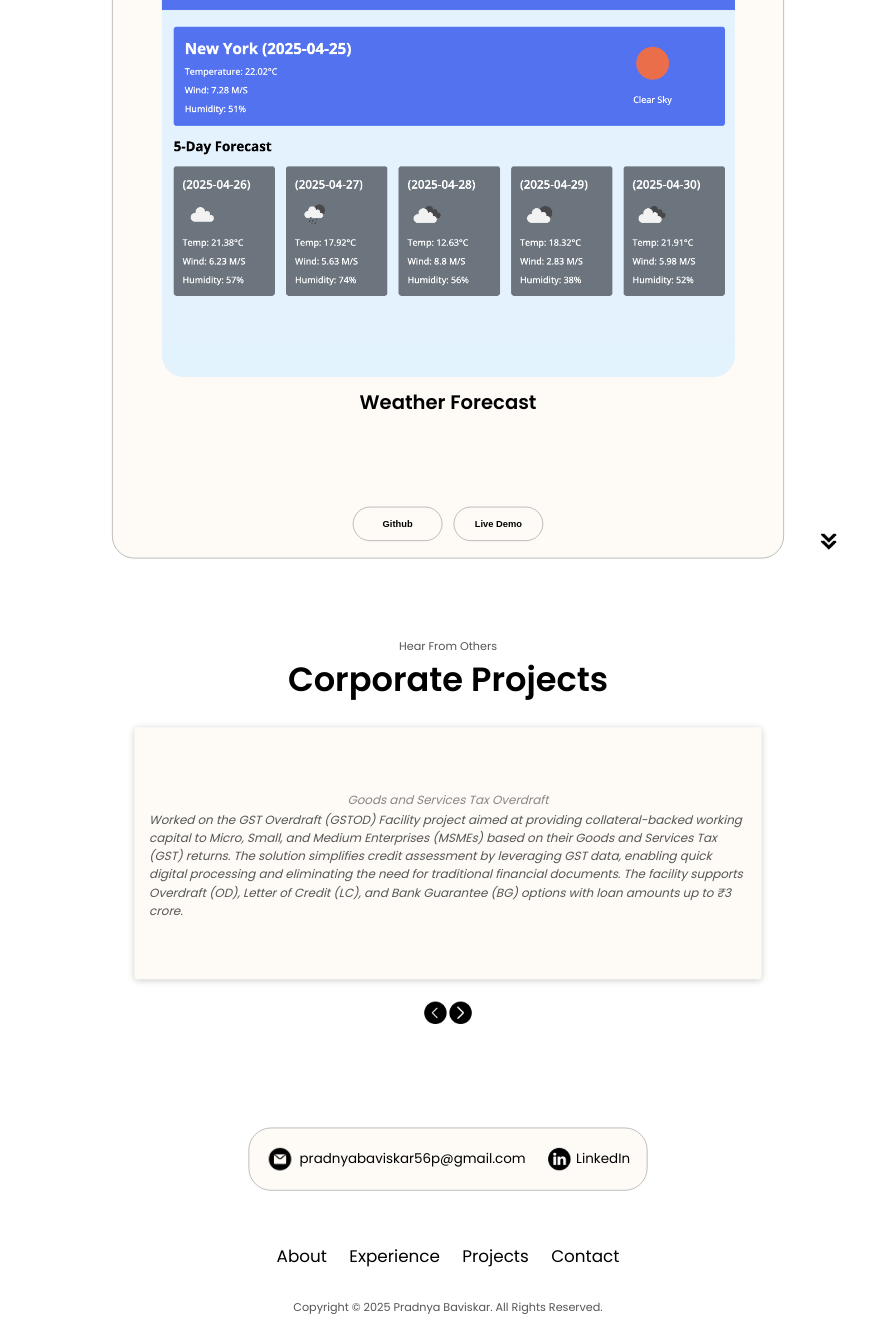
Repository: Pradnya-07/Portfolio-Pradnya
Page: index.html
The author's editor kept a copy of each file at every save. The page is drawn from the files as they stood at one save, then again after the next save.
The browser window is 1280 px wide. The pictures show the part of the page from y = 4107 to 6027 px (the page is 6027 px tall), at 70% of full size.
A picture or video elsewhere on the page could not be fetched, so the positions and the page height are approximate.

Above is the page before, as saved 2025-05-04 12:30:38.

After the next save:
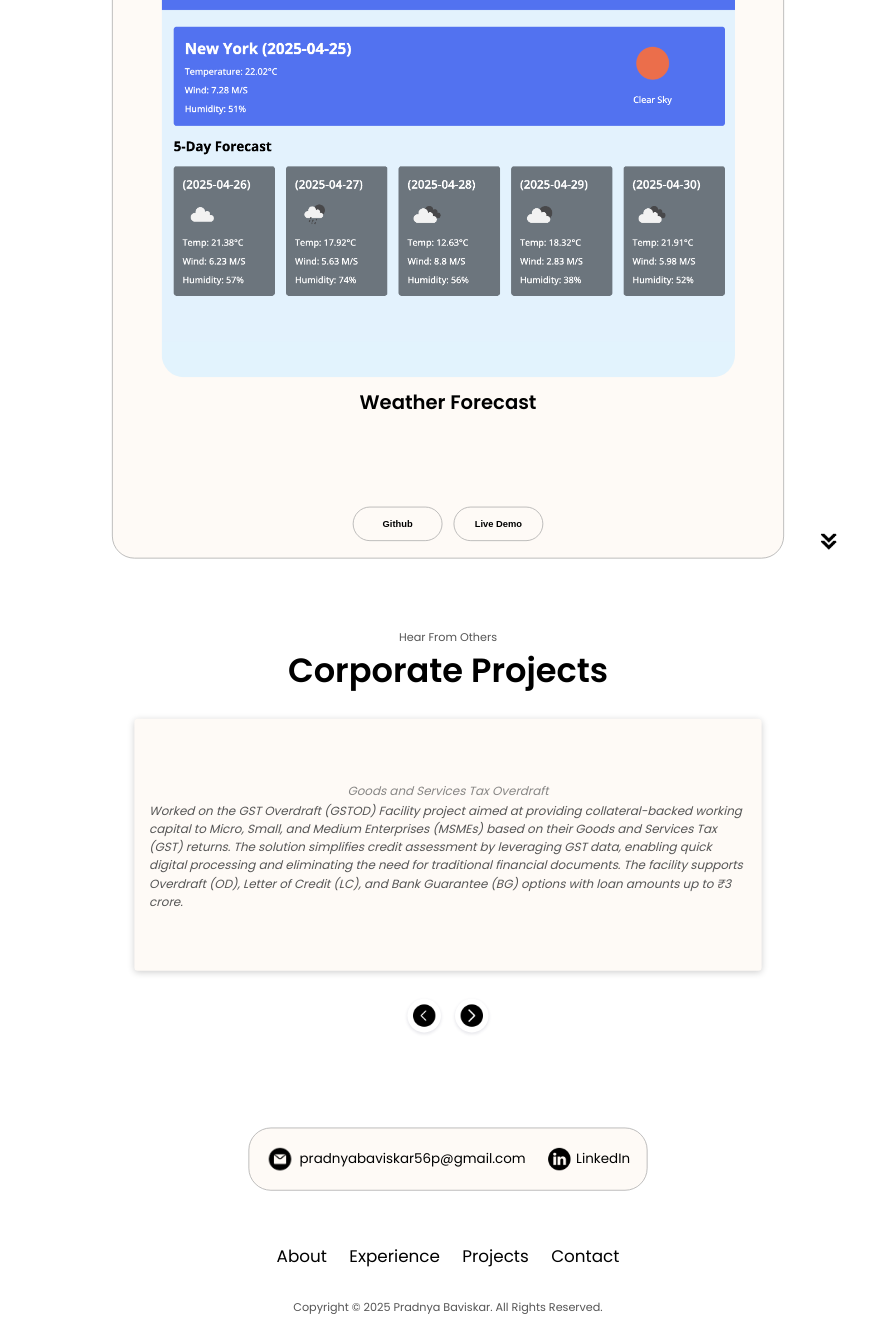
Saved 46 s later.
--- a/style.css
+++ b/style.css
@@ -528,7 +528,7 @@ p span {
 
 }
 .prev,
-.next {
+.next, .corpprev, .corpnext {
   display: inline-block;
   background: #fff;
   box-shadow: 0 2px 4px 1px rgba(50, 50, 93, 0.1);
